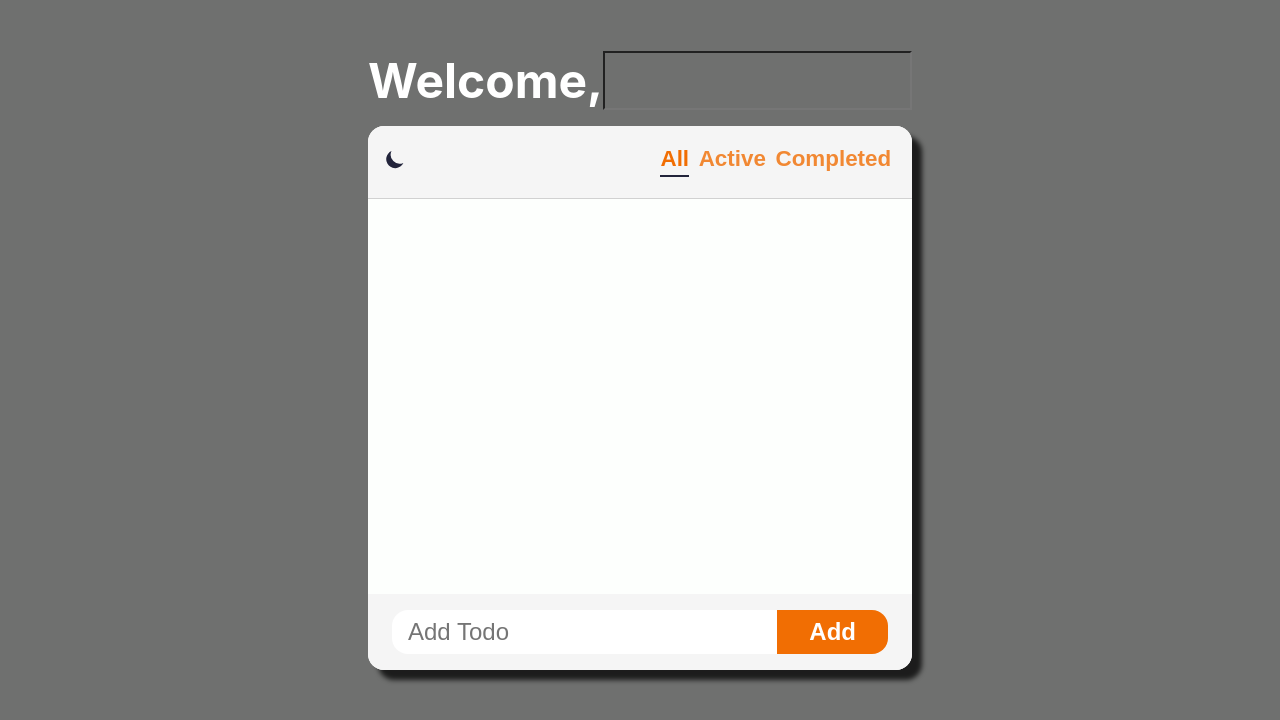
Repository: MrJinkyu/TodoList
Page: /
These files come from the project's save history. The page is drawn as it stood at one moment and after the next save; the edit follows.
The browser window is 1280 px wide. The pictures show the whole page.
The project was rebuilt for these pictures with package versions that can differ from the ones it lists, and the page was loaded fresh each time. Also part of the build but not shown: src/components/Todo.module.css, src/components/Todo.jsx.

Above is the page before, as saved 2023-05-01 16:12:21.

### src/index.js
import React from 'react';
import ReactDOM from 'react-dom/client';
import './index.css';
import App from './App';
import reportWebVitals from './reportWebVitals';
import Greeting from './components/Greeting';

const root = ReactDOM.createRoot(document.getElementById('root'));
root.render(
  <React.StrictMode>
    <Greeting/>
    <App />
  </React.StrictMode>
);

// If you want to start measuring performance in your app, pass a function
// to log results (for example: reportWebVitals(console.log))
// or send to an analytics endpoint. Learn more: https://bit.ly/CRA-vitals
reportWebVitals();

### src/index.css
:root{
  --color-body: #6f706f;
  --color-bg-dark:#f5f5f5;
  --color-bg: #fdfffd;
  --color-grey: #d1d1d1;
  --color-text: #22243b;
  --color-accent: #f16e03;
  --color-white: white;
  --color-scrollbar: #aaa7a7;
}

html.dark{
  --color-bg-dark: #1a1c35;
  --color-bg: #22243b;
  --color-grey: #4e4e4e;
  --color-text: #fdfffd;
}

*{
  box-sizing: border-box;
  padding: 0;
  margin: 0;
}

button{
  border: none;
  outline: none;
  cursor: pointer;
  background-color: transparent;
}

ul,li{
  list-style: none;
}

body {
  margin: 0;
  font-family: -apple-system, BlinkMacSystemFont, 'Segoe UI', 'Roboto', 'Oxygen',
    'Ubuntu', 'Cantarell', 'Fira Sans', 'Droid Sans', 'Helvetica Neue',
    sans-serif;
  -webkit-font-smoothing: antialiased;
  -moz-osx-font-smoothing: grayscale;
  width: 100vw;
  height: 100vh;
  display: flex;
  justify-content: center;
  align-items: center;
  background-color: var(--color-body);
  font-size: 1.2rem;
  accent-color: var(--color-accent);
}

code {
  font-family: source-code-pro, Menlo, Monaco, Consolas, 'Courier New',
    monospace;
}

::-webkit-scrollbar {
  width: 0.5rem
}

::-webkit-scrollbar-track {
  background-color: var(--color-bg-dark);
}

::-webkit-scrollbar-thumb {
  background-color: var(--color-scrollbar);
}

::-webkit-scrollbar-thumb:hover {
  background-color: var(--color-accent);
}

### src/App.js
import { useState } from "react";
import TodoList from "./components/TodoList";
import Header from "./components/Header";
import { DarkModeProvider } from "./context/DarkModeContext";
import './App.css';

const filters = ['all', 'active', 'completed'];
function App() {
  const [filter, setFilter] = useState(filters[0]);
  return (
    <div className="app">
    <DarkModeProvider>
      <Header filters={filters} filter={filter} onFilterChange={setFilter}/>
      <TodoList filter={filter}/>
    </DarkModeProvider>
    </div>
  );
}

export default App;

### src/components/Greeting.jsx
import React, { useEffect } from 'react';
import styles from './Greeting.module.css';

export default function Greeting() {
    const [name, setName] = ('');
    const handleChange = (e) => {
        setName(e.target.value);
    }
    useEffect(()=>{

    },[]);
    return (
        <>
        <h2 className={styles.greeting}>
            Welcome,
            <input
                type='text'
                className={styles.text}
                value={name}
                onChange={handleChange}
            />
        </h2>
        </>
    );
}

### src/components/TodoList.jsx
import React, { useEffect, useState } from 'react';
import AddTodo from './AddTodo';
import Todo from './Todo';
import styles from './TodoList.module.css';

export default function TodoList({filter}) {
    const [todos, setTodos] = useState(readTodo);
    const handleAdd = (todo) => {
        setTodos([...todos, todo]);
    }
    const handleUpdate = (updated) => {
        setTodos(todos.map((todo) => todo.id === updated.id ? updated : todo));
    }
    const handleDelete = (deleted) => {
        setTodos(todos.filter((todo) => todo.id !== deleted.id));
    }
    const filtered = getFilteredItems(todos, filter);

    useEffect(()=>{
        localStorage.setItem('todos',JSON.stringify(todos));
    },[todos]);
    return (
        <section className={styles.container}>
            <ul className={styles.list}>
                {filtered.map((item) => (
                    <Todo
                        key={item.id}
                        todo={item}
                        onUpdate={handleUpdate}
                        onDelete={handleDelete}
                    />
                ))}
            </ul>
            <AddTodo onAdd={handleAdd}/>
        </section>
    );
}

function getFilteredItems(todos, filter){
    if(filter === 'all'){
        return todos;
    }
    return todos.filter((todo) => todo.status === filter);
}

function readTodo(){
    const todos = localStorage.getItem('todos');
    return todos ? JSON.parse(todos) : [];
}

### src/components/Header.jsx
import React from 'react';
import styles from './Header.module.css';
import { useDarkMode } from '../context/DarkModeContext';
import { HiMoon, HiSun } from 'react-icons/hi';

export default function Header({filters, filter, onFilterChange}) {
    const {darkMode, toggleDarkMode} = useDarkMode();

    return (
        <header className={styles.header}>
            <button className={styles.toggle} onClick={toggleDarkMode}>
                {!darkMode && <HiMoon></HiMoon>}
                {darkMode && <HiSun></HiSun>}
            </button>
            <ul className={styles.filters}>
                {filters.map((value,index) => (
                    <li key={index}>
                        <button
                            onClick={() => onFilterChange(value)}
                            className={`${styles.filter} ${filter === value && styles.selected}`}
                        >
                            {value}
                        </button>
                    </li>
                ))}
            </ul>
        </header>
    );
}

### src/context/DarkModeContext.jsx
const { createContext, useState, useContext } = require("react");

const DarkModeContext = createContext();

export function DarkModeProvider({children}){
    const [darkMode, setDarkMode] = useState(false);
    const toggleDarkMode = () => {
        setDarkMode(!darkMode);
        updateDarkMode(!darkMode);
    }

    return (
        <DarkModeContext.Provider value={{darkMode, toggleDarkMode}}>
            {children}
        </DarkModeContext.Provider>
    )
}

export const useDarkMode = () => useContext(DarkModeContext);

function updateDarkMode(darkMode){
    if(darkMode){
        document.documentElement.classList.add('dark');
    }else{
        document.documentElement.classList.remove('dark');
    }
}

### src/App.css
.app{
    overflow: hidden;
    display: flex;
    flex-direction: column;
    width: 34rem;
    height: 34rem;
    background-color: var(--color-bg);
    border-radius: 1rem;
    box-shadow: 10px 10px 5px 0px rgba(0,0,0,0.75);
  -webkit-box-shadow: 10px 10px 5px 0px rgba(0,0,0,0.75);
  -moz-box-shadow: 10px 10px 5px 0px rgba(0,0,0,0.75);
  }

### src/components/Greeting.module.css
.greeting{
    color: var(--color-white);
    font-size: 3rem;
    margin-bottom: 1rem;
    display: flex;
}

.text{
    width: 100%;
    background-color: transparent;
    color: var(--color-white);
}

### src/components/AddTodo.jsx
import React, { useState } from 'react';
import {v4 as uuidv4} from 'uuid';
import styles from './AddTodo.module.css';

export default function AddTodo({onAdd}) {
    const [text, setText] = useState('');
    const handleChange = (e) => {
        setText(e.target.value);
    }
    const handleSubmit = (e) => {
        e.preventDefault();
        if(text.trim().length === 0){
            return ;
        }
        onAdd({ id: uuidv4(), text, status: 'active' });
        setText('');
    }
    return (
        <form className={styles.form} onSubmit={handleSubmit}>
            <input
                className={styles.input}
                type="text"
                value={text}
                onChange={handleChange}
                placeholder='Add Todo'
            />
            <button className={styles.button}>Add</button>
        </form>
    );
}

### src/components/TodoList.module.css
.container{
    height: 100%;
    display: flex;
    flex-direction: column;
    min-height: 0;
}

.list{
    flex: 1 1 auto;
    padding: 0.7rem 1rem;
    overflow-y: auto;
}

### src/components/Header.module.css
.header{
    background-color: var(--color-bg-dark);
    display: flex;
    justify-content: space-between;
    align-items: center;
    padding: 1rem;
    border-bottom: 1px solid var(--color-grey);
}

.toggle{
    font-size: 1.4rem;
    color: var(--color-text);
    transition: all 150ms ease-out;
}

.toggle:hover{
    color: var(--color-accent);
    transform: scale(1.1);
}

.filters{
    display: flex;
}

.filter{
    margin: 0.3rem;
    font-size: 1.4rem;
    color: var(--color-accent);
    font-weight: bold;
    opacity: 0.8;
    text-transform: capitalize;
}

.filter:hover,
.filter.selected{
    opacity: 1;
}

.filter.selected::after{
    content: '';
    display: block;
    margin-top: 0.2rem;
    border: 1px solid var(--color-text);
}

### src/components/AddTodo.module.css
.form{
    width: 100%;
    display: flex;
    padding: 1rem 1.5rem;
    background-color: var(--color-bg-dark);
}

.input{
    font-size: 1.5rem;
    border: none;
    outline: none;
    padding: 0.5rem 1rem;
    flex: 1 0 auto;
    border-top-left-radius: 1rem;
    border-bottom-left-radius: 1rem;
}

.button{
    padding: 0 2rem;
    font-size: 1.5rem;
    font-weight: bold;
    background-color: var(--color-accent);
    color: var(--color-white);
    border-top-right-radius: 1rem;
    border-bottom-right-radius: 1rem;
}

.button:hover{
    filter: brightness(125%);
}

Loaded but not shown: public/index.html (common file); src/reportWebVitals.js (common file)

After the next save:
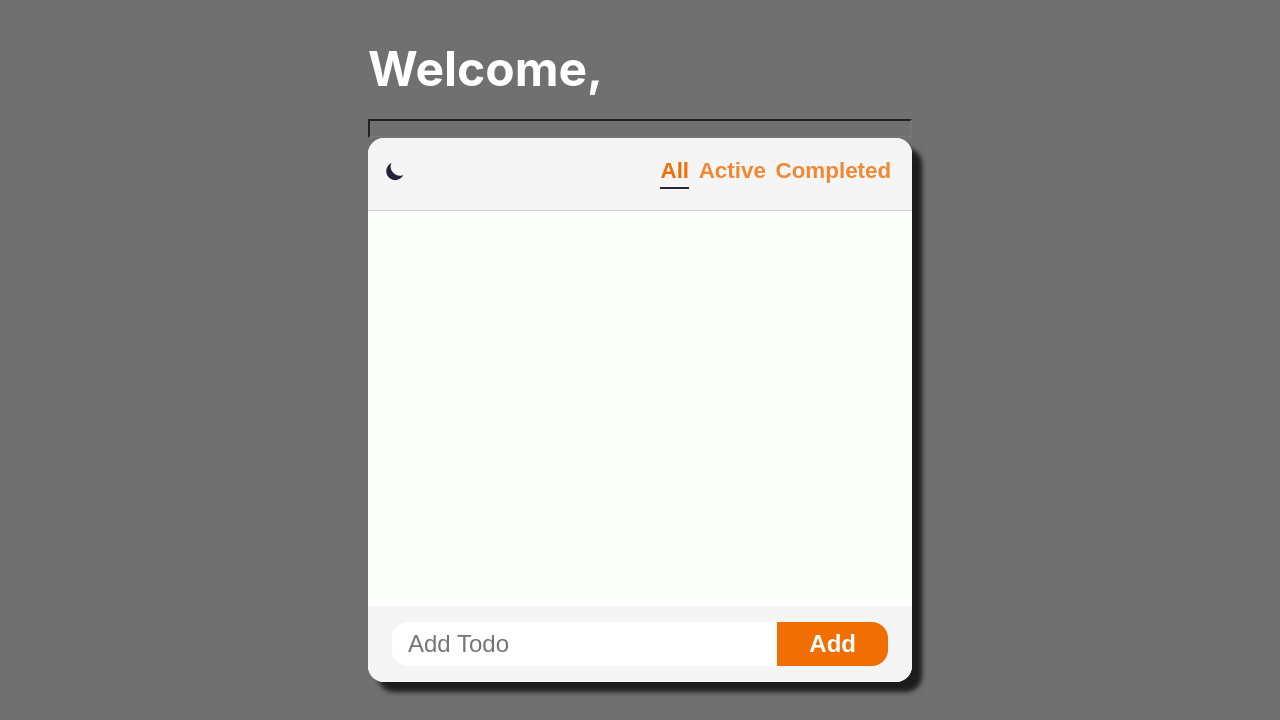
Saved 19 s later.
--- a/src/components/Greeting.jsx
+++ b/src/components/Greeting.jsx
@@ -11,15 +11,13 @@ export default function Greeting() {
     },[]);
     return (
         <>
-        <h2 className={styles.greeting}>
-            Welcome,
-            <input
+        <h2 className={styles.greeting}>Welcome,</h2>
+        <input
                 type='text'
                 className={styles.text}
                 value={name}
                 onChange={handleChange}
             />
-        </h2>
         </>
     );
 }
